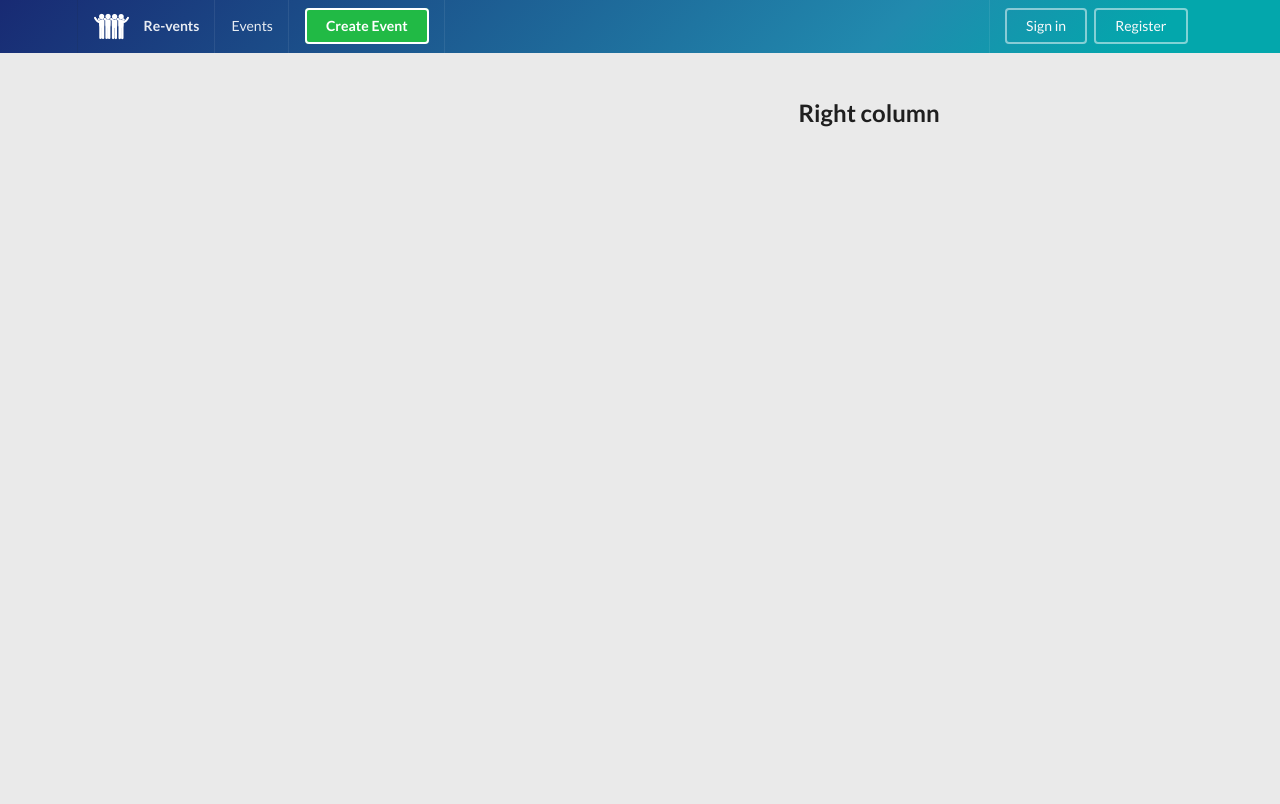
Repository: Preranabaruah/react-semantic-ui
Page: /
The author's editor kept a copy of each file at every save. The page is drawn from the files as they stood at one save, then again after a run of saves.
The browser window is 1280 px wide. The pictures show the whole page.
The project was rebuilt for these pictures with package versions that can differ from the ones it lists, and the page was loaded fresh each time. Also part of the build but not shown: vite.config.ts.

Above is the page before, as saved 2023-09-08 14:16:27.

After the next 2 saves:
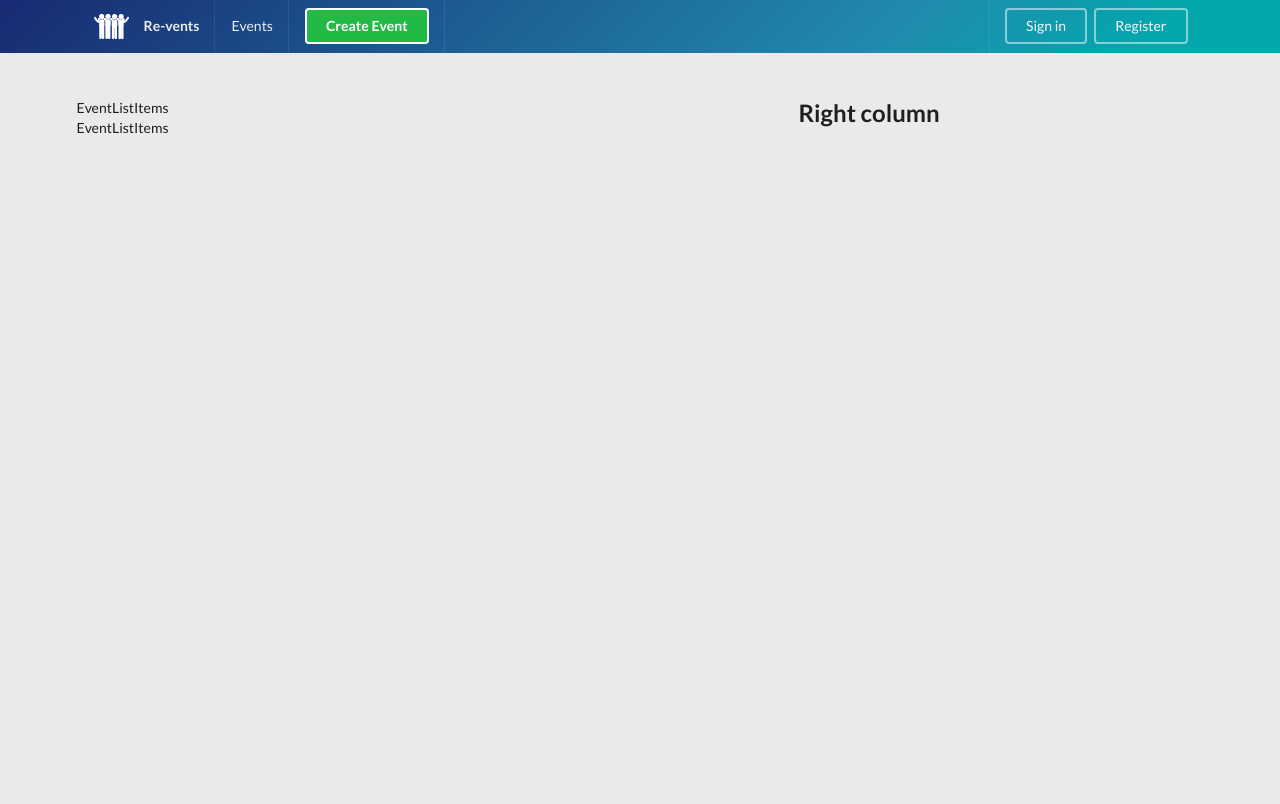
The 2 saves are shown as one change because they came seconds apart.
The last was saved 14 s later.
--- a/src/features/events/event-dashboard/event-list.tsx
+++ b/src/features/events/event-dashboard/event-list.tsx
@@ -1,5 +1,12 @@
+import EventListItems from "./event-list-item";
+
 const EventList = () => {
-  return <></>;
+  return (
+    <>
+      <EventListItems />
+      <EventListItems />
+    </>
+  );
 };
 
 export default EventList;
